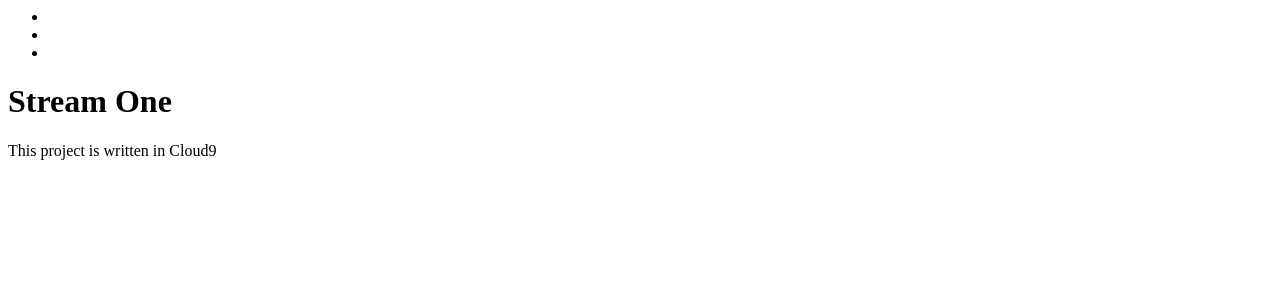
Repository: Kraljiccar/my-first-website1
Page: stream-one.html
The author's editor kept a record of every edit. The page is drawn from the files as they stood at one moment, then again after the next edit.
The browser window is 1280 px wide. The pictures show the whole page.

Above is the page before.

### stream-one.html
<html>
    <head>

    </head>
    <body>
        <nav>
            <ul>
                <li><a href="stream-one.html"></a></li>
                <li><a href="stream-two.html"></a></li>
                <li><a href="stream-tree.html"></a></li>

            </ul>
        </nav>
        <h1>Stream One</h1>
        <p>This project is written in Cloud9</p>
    </body>
</html>

After the next edit:
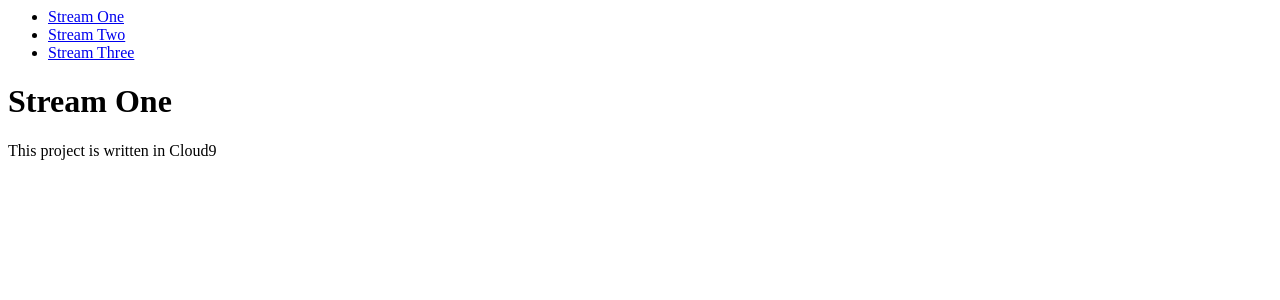
The edit:
--- a/stream-one.html
+++ b/stream-one.html
@@ -5,9 +5,9 @@
     <body>
         <nav>
             <ul>
-                <li><a href="stream-one.html"></a></li>
-                <li><a href="stream-two.html"></a></li>
-                <li><a href="stream-tree.html"></a></li>
+                <li><a href="stream-one.html">Stream One</a></li>
+                <li><a href="stream-two.html">Stream Two</a></li>
+                <li><a href="stream-three.html">Stream Three</a></li>
 
             </ul>
         </nav>
